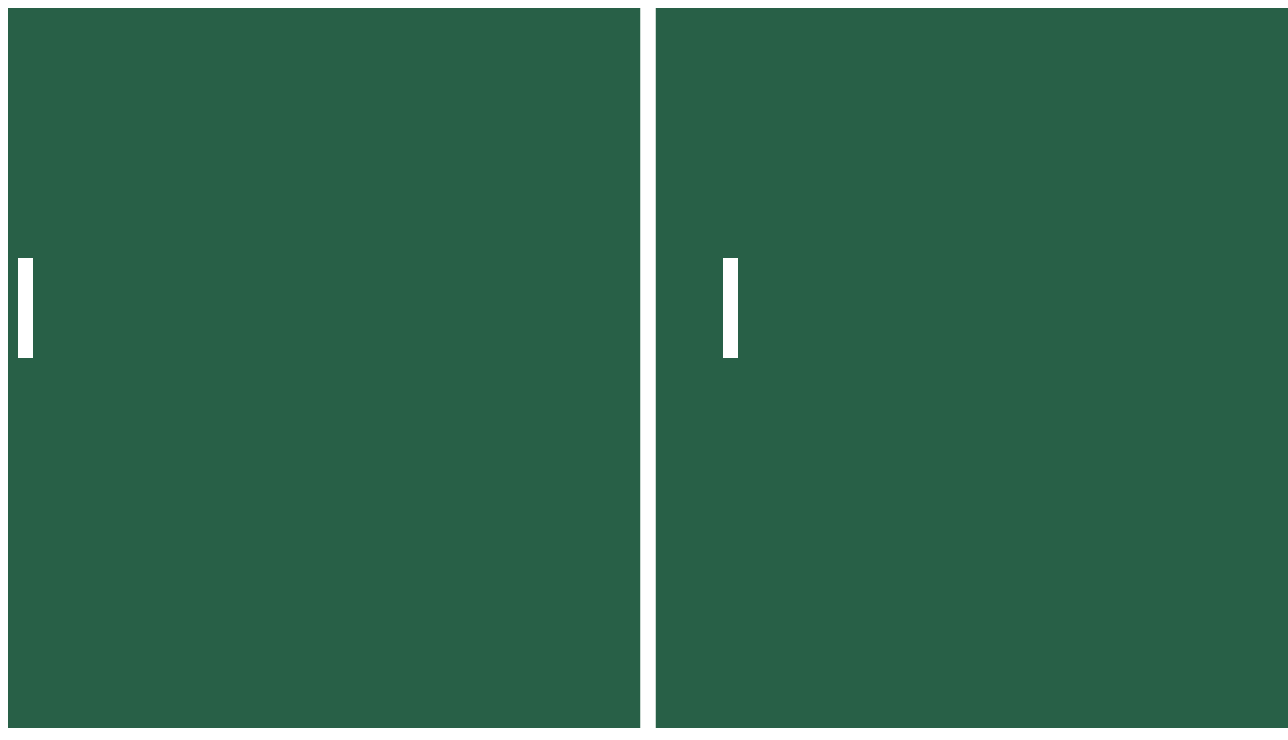
Repository: luizgaivaa/Game
Page: index.html
These files come from the project's save history. The page is drawn as it stood at one moment and after a run of saves; the edit follows.
The browser window is 1280 px wide. The page is 1288 px wide, so the pictures cover 1288 px, including what lies to the right of the window. The pictures show the whole page.

Above is the page before, as saved 2024-03-26 16:12:47.

### index.html
<!DOCTYPE html>
<html lang="en">
<head>
    <meta charset="UTF-8">
    <meta name="viewport" content="width=device-width, initial-scale=1.0">
    <title>Ping_pong</title>
</head>
<body>
    <canvas></canvas>
        <script>
               const canvasEl = document.querySelector("canvas")
        const canvasCtx = canvasEl.getContext("2d")

        const lineWidth = 15
        function setup(){
            canvasEl.width = canvasCtx.width = window.innerWidth
            canvasEl.height = canvasCtx.height = window.innerHeight
        }

        function draw (){
            canvasCtx.fillStyle = "#286047"
            canvasCtx.fillRect(0,0, window.innerWidth, window.innerHeight)

            canvasCtx.fillStyle = "#ffffff"
            const x= window.innerWidth /2 - lineWidth /2
            const y = 0
            const w = lineWidth
            const h = window.innerHeight

            canvasCtx.fillRect(x,y,w,h)
            //raquete esquerda
            canvasCtx.fillRect(10,250,lineWidth,100)

            //raquete direita
            canvasCtx.fillRect(window.innerHeight - lineWidth + 10, 250, lineWidth, 100)
            canvasCtx.fillRect(x,y,w,h)



        }
        setup()
        draw()
        </script>


</body>
</html>

After the next 2 saves:
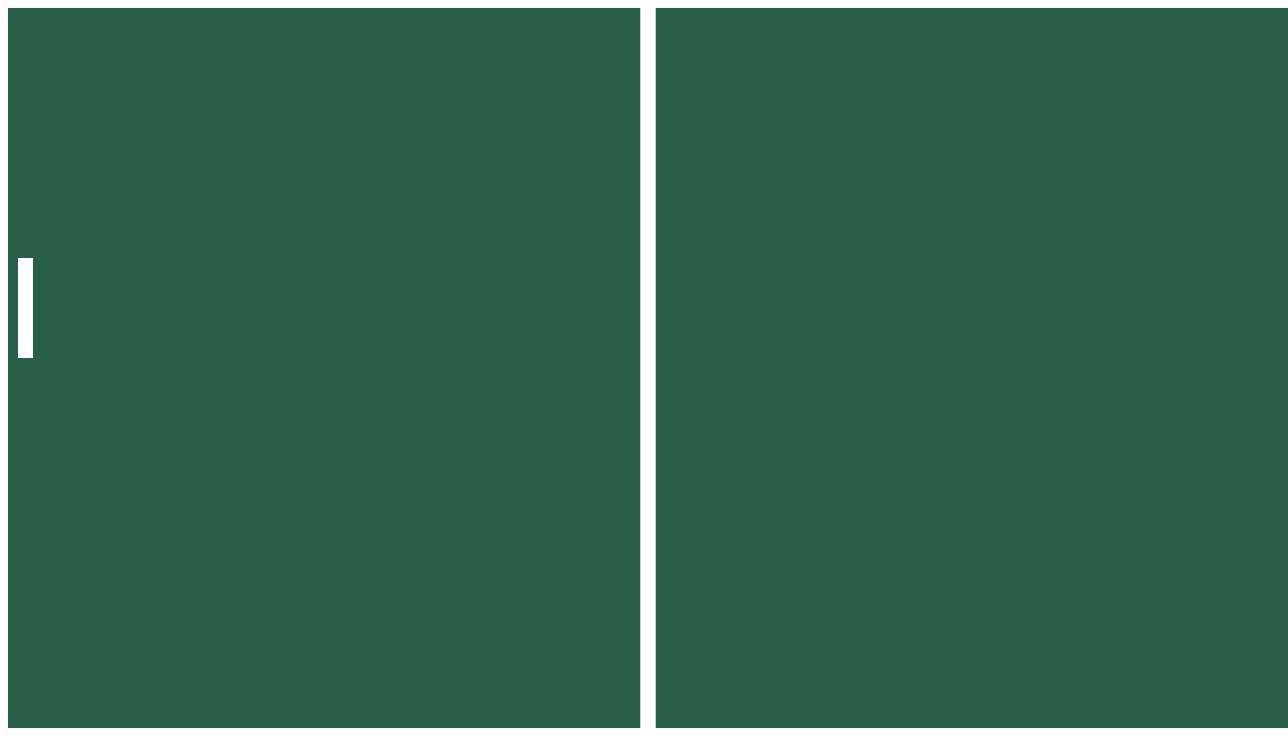
The 2 saves are shown as one change because they came seconds apart.
The last was saved 31 s later.
--- a/index.html
+++ b/index.html
@@ -32,7 +32,7 @@
             canvasCtx.fillRect(10,250,lineWidth,100)
 
             //raquete direita
-            canvasCtx.fillRect(window.innerHeight - lineWidth + 10, 250, lineWidth, 100)
+            canvasCtx.fillRect(window.innerHeight - lineWidth + 760, 250, lineWidth, 100)
             canvasCtx.fillRect(x,y,w,h)
 
 
